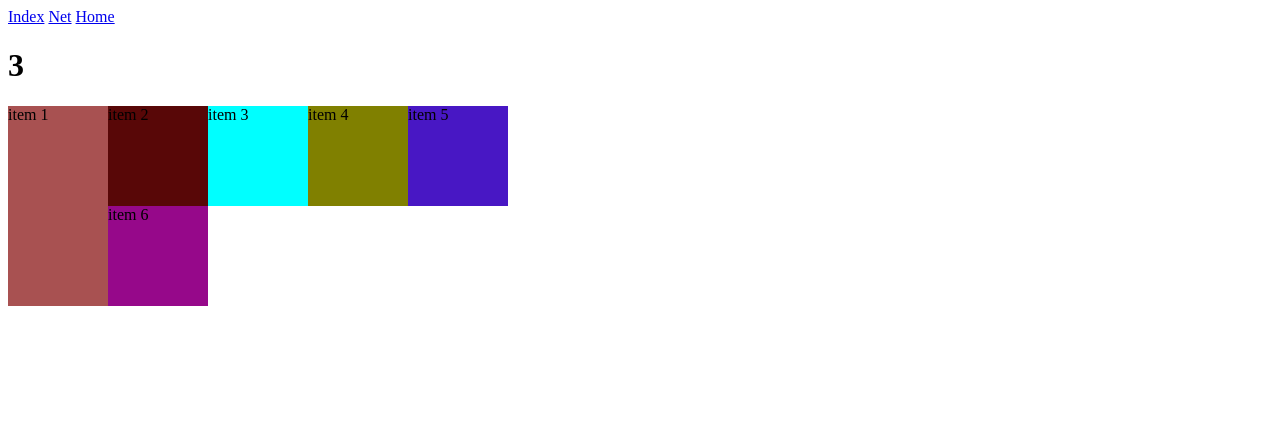
Repository: Nguyen-Toan-2004/du-an-test
Page: product.htm
An editor plug-in stored every save of this project. The page is shown before and after a run of saves, followed by the edit.
The browser window is 1280 px wide. The pictures show the whole page.

Above is the page before, as saved 2025-10-22 19:49:03.

### product.htm
<!DOCTYPE html>
<html lang="en">
  <head>
    <meta charset="UTF-8" />
    <meta name="viewport" content="width=device-width, initial-scale=1.0" />
    <title>Product</title>
  </head>
  <body>
    <a href="index.html">Index</a>
    <a href="net.htm">Net</a>
    <a href="home.html">Home</a>
    <h1>3</h1>
    <style>
      .container {
        display: grid;
        grid-template-columns: repeat(5, 100px);
        grid-template-rows: repeat(3, 100px);
      }
      .box {
        background: #b46464;
        display: flex;
        justify-content: center;
        align-items: center;
      }
      .box1{
        background: #a85151;
        grid-row-start: 1;
        grid-row-end: 3;
      }
      .box2{
        background: #580707;
        grid-row-start: ;
      }
      .box3{
        background: aqua;
      }
      .box4{
        background: olive;
      }
      .box5{
        background: #4817c4;
      }
      .box6{
        background: #96088a;
      }
    </style>
    <div class="container">
      <div class="box1">item 1</div>
      <div class="box2">item 2</div>
      <div class="box3">item 3</div>
      <div class="box4">item 4</div>
      <div class="box5">item 5</div>
      <div class="box6">item 6</div>
    </div>
  </body>
</html>

After the next 6 saves:
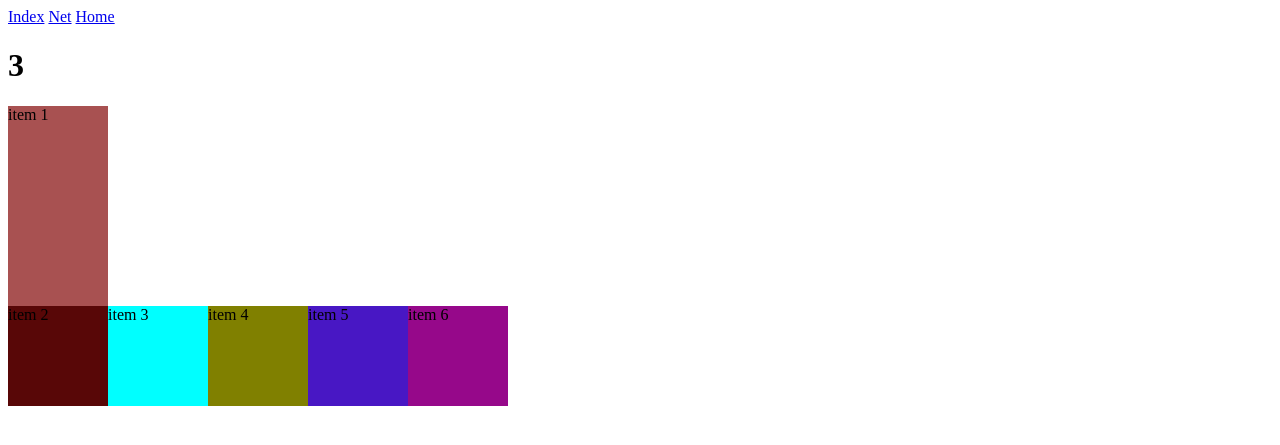
The 6 saves are shown as one change because they came seconds apart.
The last was saved 16 s later.
--- a/product.htm
+++ b/product.htm
@@ -29,7 +29,7 @@
       }
       .box2{
         background: #580707;
-        grid-row-start: ;
+        grid-column-start: 1;
       }
       .box3{
         background: aqua;
